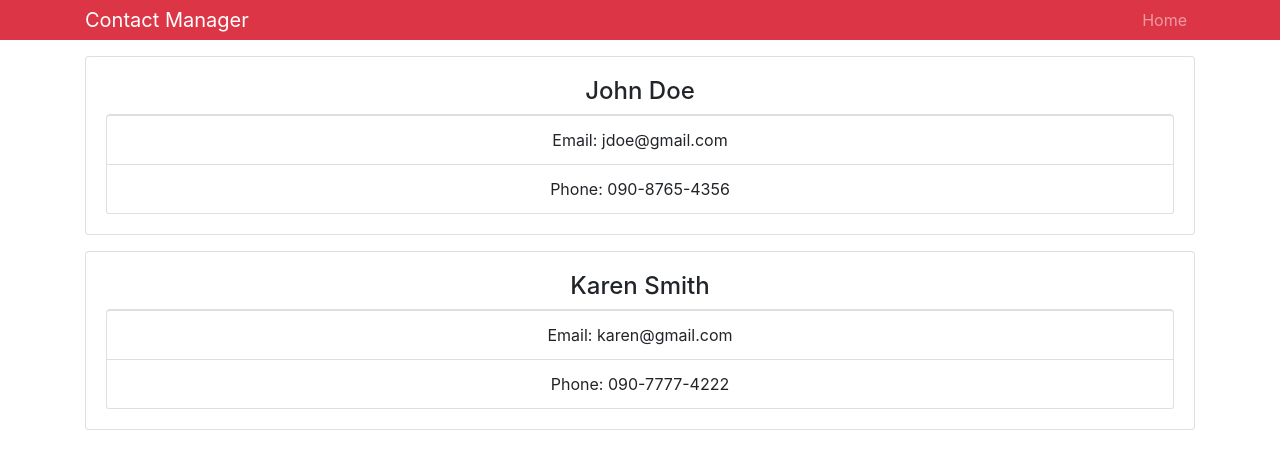
Repository: IkennaU/contactmanager
Page: /
An editor plug-in stored every save of this project. The page is shown before and after the next save, followed by the edit.
The browser window is 1280 px wide. The pictures show the whole page.
The project was rebuilt for these pictures with package versions that can differ from the ones it lists, and the page was loaded fresh each time.

Above is the page before, as saved 2020-07-20 15:33:23.

After the next save:
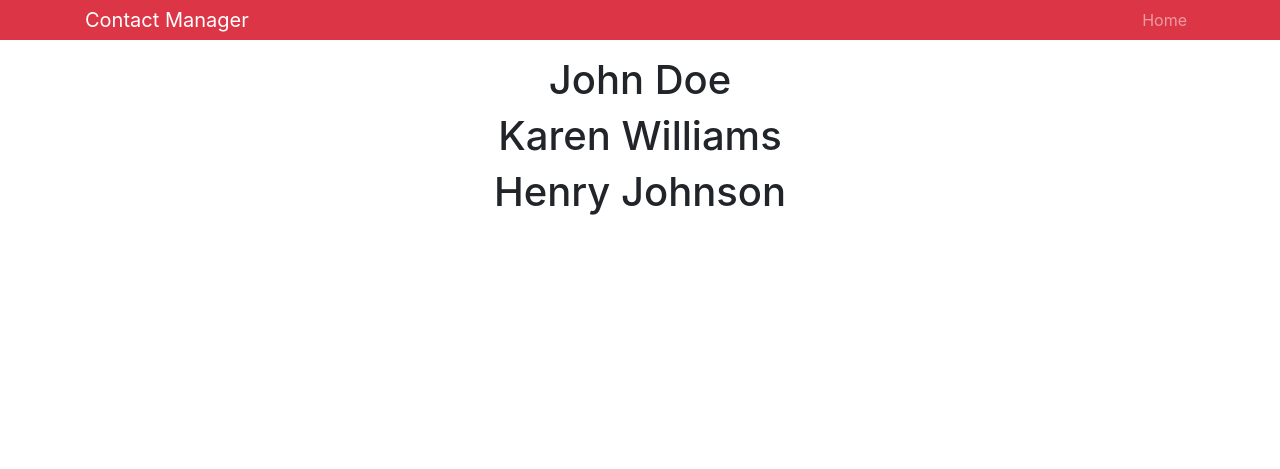
Saved 65 s later.
--- a/src/App.js
+++ b/src/App.js
@@ -11,12 +11,7 @@ function App() {
     <div className="App">
       <Header branding="Contact Manager" />
       <div className="container">
-        <Contact name="John Doe" email="jdoe@gmail.com" phone="090-8765-4356" />
-        <Contact
-          name="Karen Smith"
-          email="karen@gmail.com"
-          phone="090-7777-4222"
-        />
+        <Contacts />
       </div>
     </div>
   );
